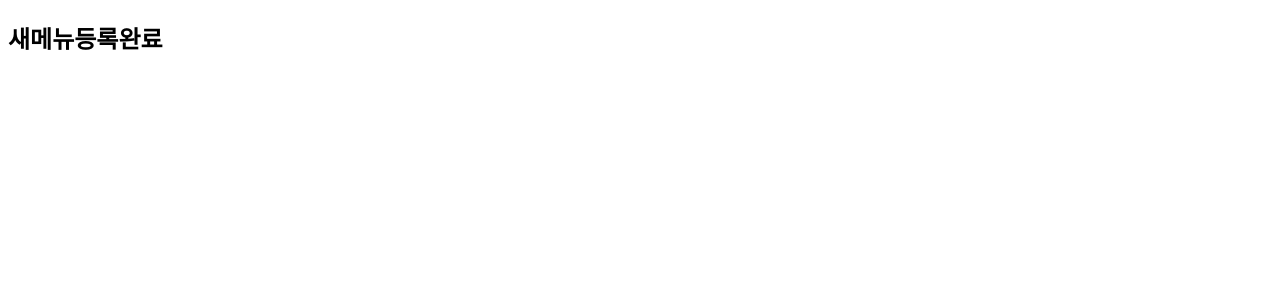
Repository: mvcfvsgdj/javaee
Page: http://localhost/prj0901/goodsadd
The author's editor kept a copy of each file at every save. The page is drawn from the files as they stood at one save, then again after the next save.
The browser window is 1280 px wide. The pictures show the whole page.
The page is served by Tomcat 9. Other server files are loaded and not shown. Queries for data that is not in the repository find no rows.

Above is the page before, as saved 2023-09-01 07:42:56.

### prj0901/src/main/webapp/WEB-INF/goodsviews/goodsAdd.jsp
<%@ page language="java" contentType="text/html; charset=UTF-8"
    pageEncoding="UTF-8"%>
 <%@page import="goods.goods" %>
       <%@ page import = "java.util.ArrayList" %>
<!DOCTYPE html>
<html>
<head>
<meta charset="UTF-8">
<title>Insert title here</title>
</head>
<body>
<% ArrayList<String> list = (ArrayList<String>)request.getAttribute("add");


if (list != null) {
    for (String item : list) {
        out.println(item + "<br>");
    }
}
%>
<h2>새메뉴등록완료</h2>


</body>
</html>

### prj0901/src/main/java/goods/goodsAddServlet.java
package goods;

import java.io.IOException;

import javax.servlet.ServletException;
import javax.servlet.annotation.WebServlet;
import javax.servlet.http.HttpServlet;
import javax.servlet.http.HttpServletRequest;
import javax.servlet.http.HttpServletResponse;
@WebServlet("/goodsadd")
public class goodsAddServlet extends HttpServlet {

	@Override
	protected void doGet(HttpServletRequest request, HttpServletResponse response) throws ServletException, IOException {

		String id = request.getParameter("id");
		String name = request.getParameter("name");
		String price = request.getParameter("price");

		System.out.println( id);

		goodsService s = new goodsService();
		s.newMenuAdd(new goods(id, name, price));
		request.setAttribute("add", id );
		request.setAttribute("add", name );
		request.setAttribute("add", price );


		request.getRequestDispatcher("WEB-INF/goodsviews/goodsAdd.jsp").forward(request, response);
	}
}

### prj0901/src/main/java/goods/goodsService.java
package goods;

import java.util.ArrayList;

public class goodsService {

	goodsDAO dao =new goodsDAO();


	public ArrayList<String> getlList(){
		ArrayList<String>	list = dao.selectAll();
		return list;
	}
	public void newMenuAdd(goods g) {
		dao.insertMenu(g);
	}
}

### prj0901/src/main/java/goods/goodsDAO.java
package goods;

import java.sql.Connection;
import java.sql.DriverManager;
import java.sql.PreparedStatement;
import java.sql.ResultSet;
import java.sql.SQLException;
import java.util.ArrayList;

import prj0901.Customer;

public class goodsDAO {

		String driver = "oracle.jdbc.driver.OracleDriver";
		String url = "jdbc:oracle:thin:@localhost:1521:xe";
		String user = "scott";
		String password = "tiger";

		public Connection dbcon() {

			Connection con = null;
			try {
				Class.forName(driver);
				con = DriverManager.getConnection(url, user, password);
				if (con != null)
					System.out.println("ok");
			} catch (ClassNotFoundException e) {
				// TODO Auto-generated catch block
				e.printStackTrace();
			} catch (SQLException e) {
				// TODO Auto-generated catch block
				e.printStackTrace();
			}
			return con;
		}
		public void close(AutoCloseable... a) {

			for (AutoCloseable item : a) {
				try {
					item.close();
				} catch (Exception e) {
					// TODO Auto-generated catch block
					e.printStackTrace();
				}
			}
		}

		public ArrayList<String> selectAll() {
			Connection con = dbcon();
			ResultSet rs = null;
			PreparedStatement pst = null;

			// sql
			String sql = "select * from goodstbl";

			ArrayList<String> list = new ArrayList<>();
			// sql실행
			try {
				pst = con.prepareStatement(sql);
				rs = pst.executeQuery();

				while (rs.next()) {
					list.add(rs.getString(1));
					list.add(rs.getString(2));
					list.add(rs.getString(3));
				}
			} catch (SQLException e) {
				// TODO Auto-generated catch block
				e.printStackTrace();
			}
			close(rs, pst, con);
			return list;

		}
		public void insertMenu(goods g) {
			// db연결
			Connection con = dbcon();
			PreparedStatement pst = null;

			// sql작성
			String sql = "insert into goodstbl values ( ?,?,?)";
			try {
				// sql실행
				pst = con.prepareStatement(sql);
				pst.setString(1, g.getId());
				pst.setString(2, g.getName());
				pst.setString(3, g.getPrice());
				pst.executeUpdate();
			} catch (SQLException e) { // TODO Auto-generated catch block
				e.printStackTrace();
			}
			// 연결해제
			close(pst, con);

		}
}

### prj0901/src/main/java/goods/goods.java
package goods;

public class goods {
 String id;
 String name;
 String price;
public goods(String id, String name, String price) {
	super();
	this.id = id;
	this.name = name;
	this.price = price;
}
public goods() {

}


public String getId() {
	return id;
}

public void setId(String id) {
	this.id = id;
}

public String getName() {
	return name;
}

public void setName(String name) {
	this.name = name;
}

public String getPrice() {
	return price;
}

public void setPrice(String price) {
	this.price = price;
}

@Override
public String toString() {
	return "goods [id=" + id + ", name=" + name + ", price=" + price + "]";
}

}

After the next save:
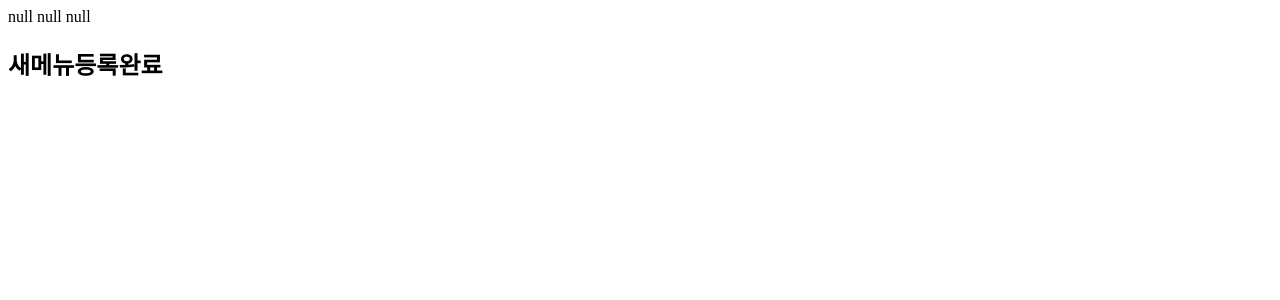
Saved 119 s later.
--- a/prj0901/src/main/webapp/WEB-INF/goodsviews/goodsAdd.jsp
+++ b/prj0901/src/main/webapp/WEB-INF/goodsviews/goodsAdd.jsp
@@ -1,7 +1,6 @@
 <%@ page language="java" contentType="text/html; charset=UTF-8"
     pageEncoding="UTF-8"%>
  <%@page import="goods.goods" %>
-       <%@ page import = "java.util.ArrayList" %>
 <!DOCTYPE html>
 <html>
 <head>
@@ -9,15 +8,12 @@
 <title>Insert title here</title>
 </head>
 <body>
-<% ArrayList<String> list = (ArrayList<String>)request.getAttribute("add");
-
-
-if (list != null) {
-    for (String item : list) {
-        out.println(item + "<br>");
-    }
-}
-%>
+<% String id = (String) request.getAttribute("add") ;%>
+<% String name = (String) request.getAttribute("add1") ;%>
+<% String price = (String) request.getAttribute("add2") ;%>
+<%=id%>
+<%=name%>
+<%=price%>
 <h2>새메뉴등록완료</h2>
 
 
